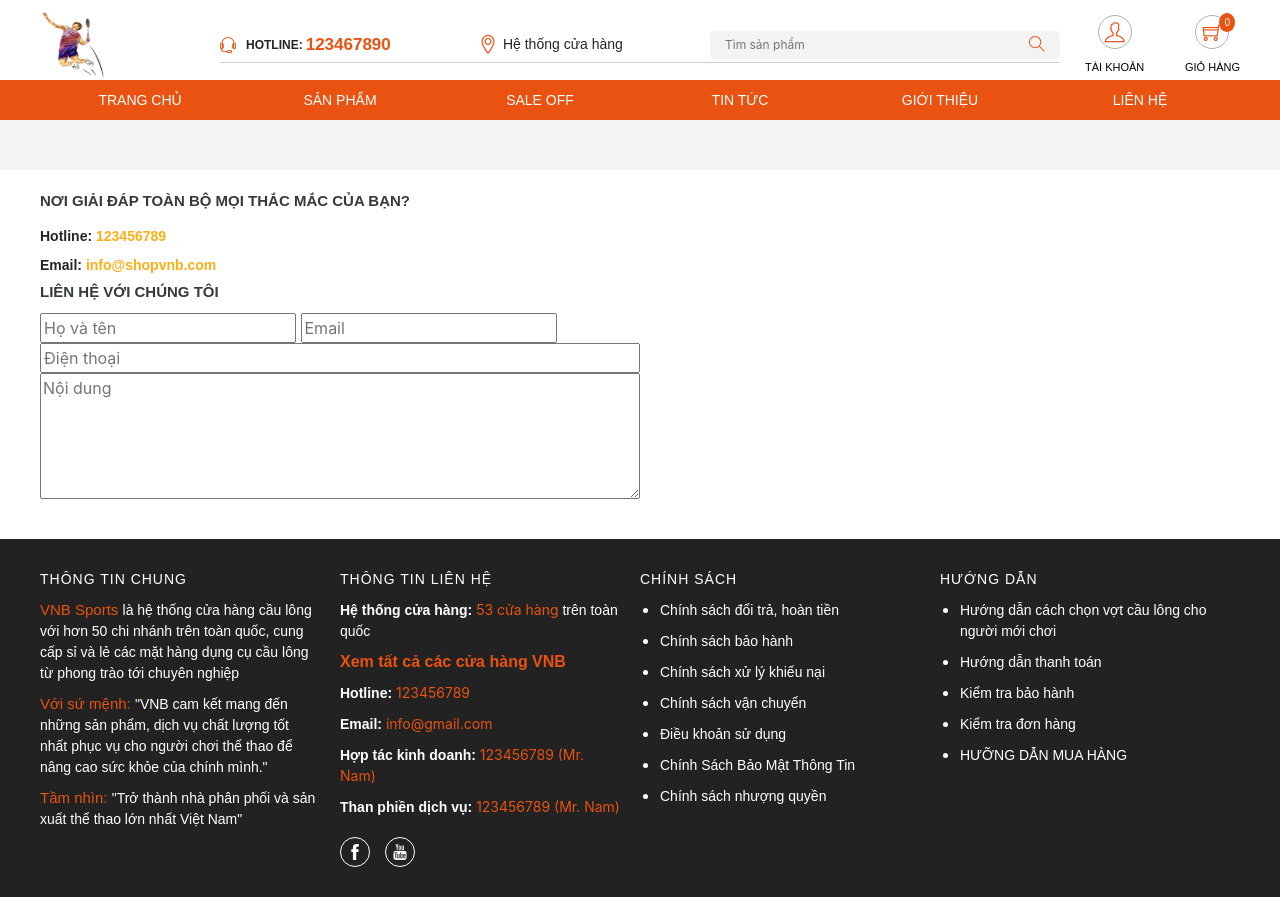
Repository: Namtran3107/CauLongSo1
Page: contact.html
The author's editor kept a copy of each file at every save. The page is drawn from the files as they stood at one save, then again after the next save.
The browser window is 1280 px wide. The pictures show the whole page.

Above is the page before, as saved 2022-12-10 13:40:12.

After the next save:
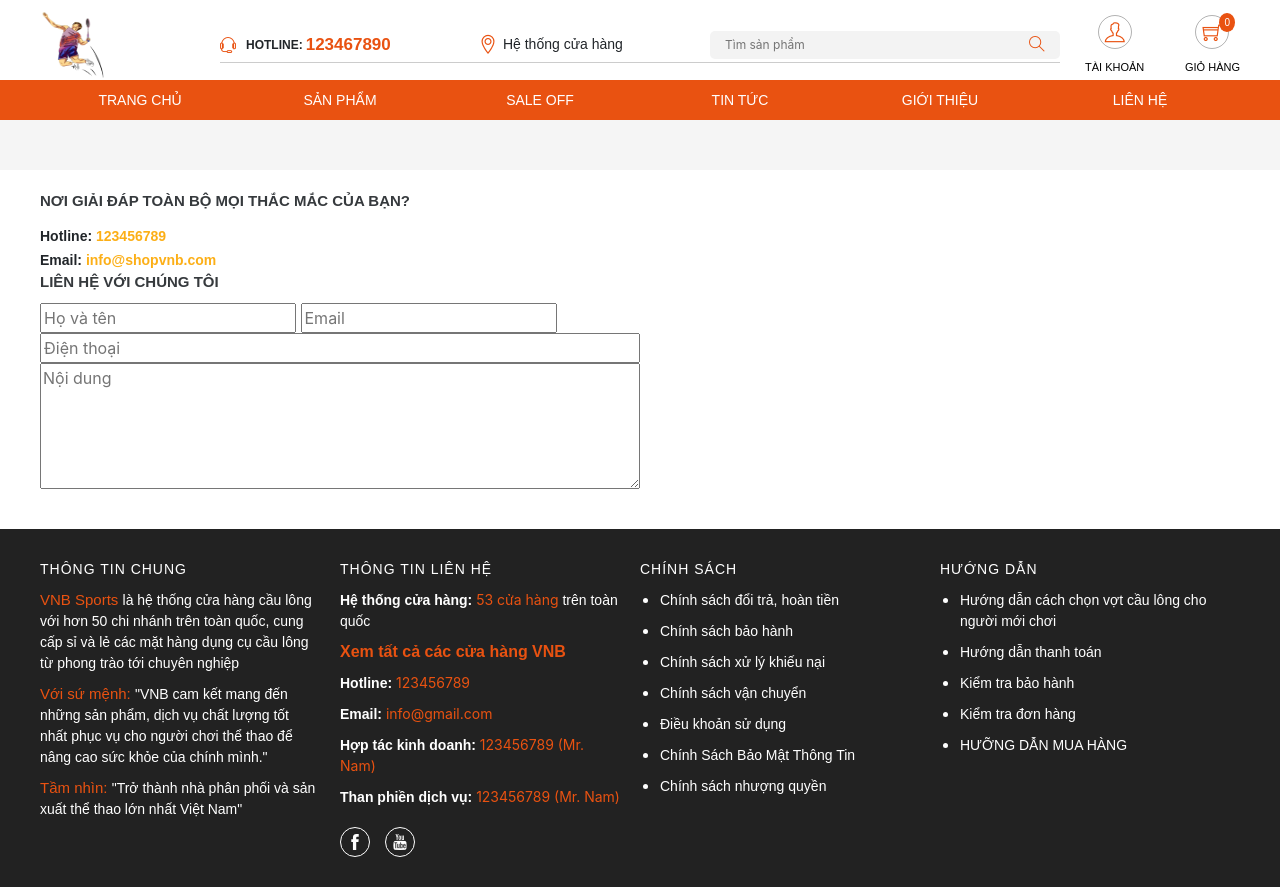
Saved 15 s later.
--- a/contact.css
+++ b/contact.css
@@ -27,9 +27,6 @@
     color: #fcaf17;
     font-weight: 600;
 }
-.contact-phone-and-email{
-    margin-bottom: 5px;
-}
 .header-content-contact{
     margin-bottom: 10px;
 }
